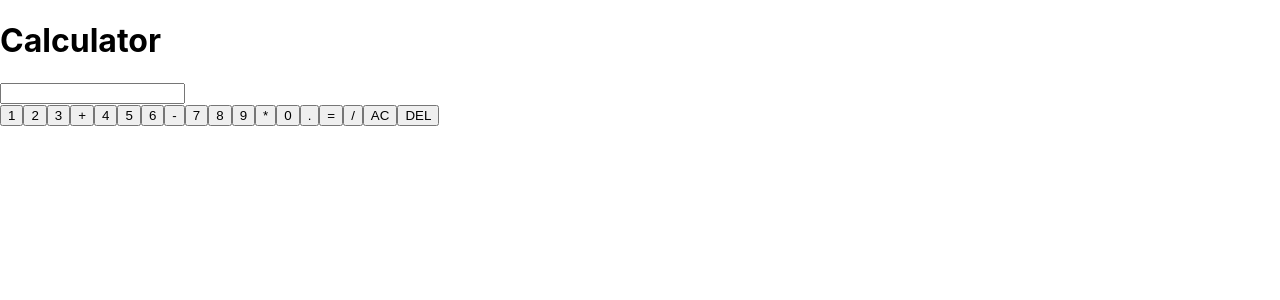
Repository: thesaherriaz/Calculator-React
Page: /
The author's editor kept a copy of each file at every save. The page is drawn from the files as they stood at one save, then again after the next save.
The browser window is 1280 px wide. The pictures show the whole page.
The project was rebuilt for these pictures with package versions that can differ from the ones it lists, and the page was loaded fresh each time.

Above is the page before, as saved 2025-06-18 14:11:07.

### src/App.js
import React from 'react'
import Calculator from './compnents/Calculator'

function App() {
  return (
    <Calculator />
  )
}

export default App

### src/compnents/Calculator.jsx
import React from 'react'

function Calculator() {
  return (
    <>
        <div className="Calculator">
            <h1>Calculator</h1>
            <input type="text" name="input" id="input" />
            <div>
                <button>1</button>
                <button>2</button>
                <button>3</button>
                <button>+</button>
                <button>4</button>
                <button>5</button>
                <button>6</button>
                <button>-</button>
                <button>7</button>
                <button>8</button>
                <button>9</button>
                <button>*</button>
                <button>0</button>
                <button>.</button>
                <button>=</button>
                <button>/</button>
                <button>AC</button>
                <button>DEL</button>
            </div>
        </div>
    </>
  )
}

export default Calculator

Loaded but not shown: public/index.html (common file); src/index.js (common file); src/index.css (common file); src/reportWebVitals.js (common file)

After the next save:
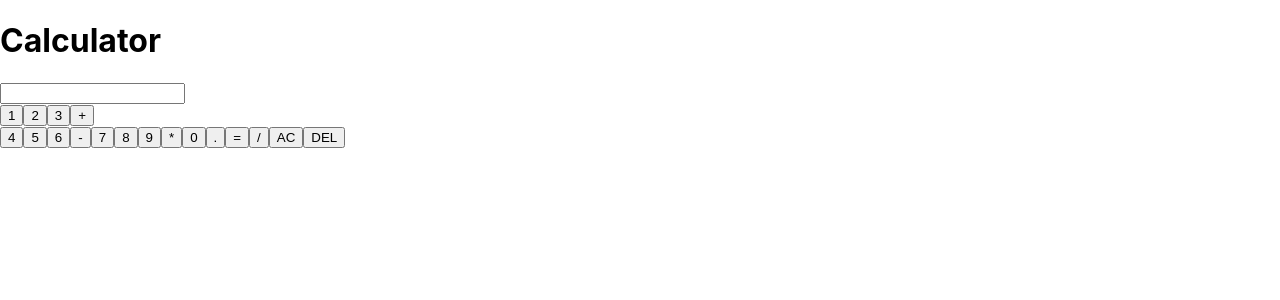
Saved 6 s later.
--- a/src/compnents/Calculator.jsx
+++ b/src/compnents/Calculator.jsx
@@ -10,7 +10,7 @@ function Calculator() {
                 <button>1</button>
                 <button>2</button>
                 <button>3</button>
-                <button>+</button>
+                <button>+</button> <br />
                 <button>4</button>
                 <button>5</button>
                 <button>6</button>
